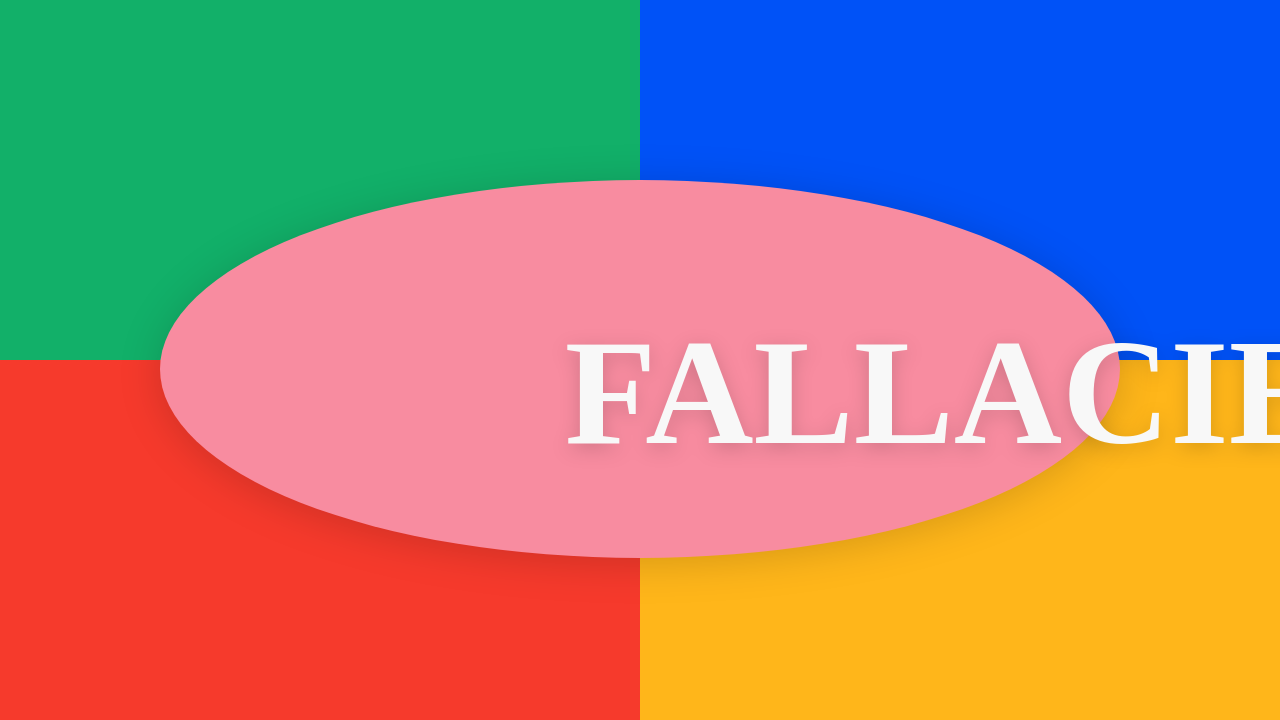
Repository: yafugray/fallacies
Page: project/Midterm project/index.html
An editor plug-in stored every save of this project. The page is shown before and after a run of saves, followed by the edit.
The browser window is 1280 px wide. The pictures show the whole page.

Above is the page before, as saved 2020-03-12 15:06:48.

After the next 3 saves:
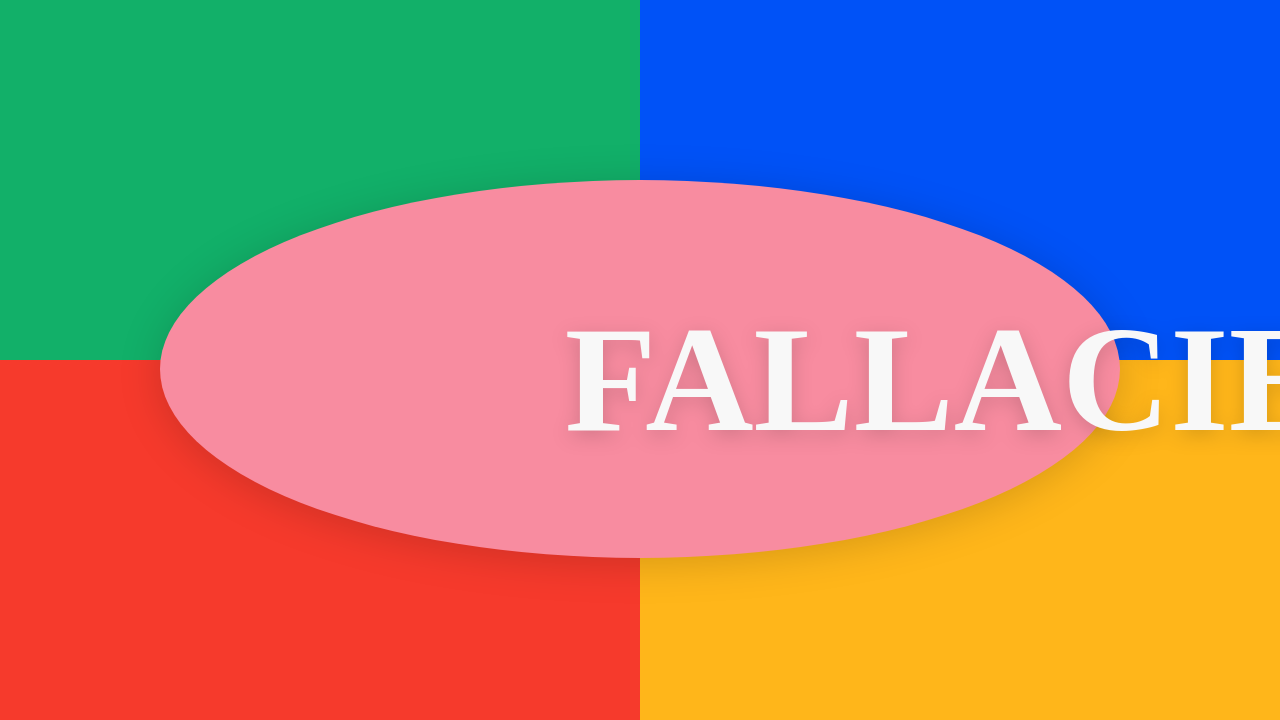
The 3 saves are shown as one change because they came seconds apart.
The last was saved 25 s later.
--- a/project/Midterm project/app.css
+++ b/project/Midterm project/app.css
@@ -92,7 +92,8 @@
     position: relative;
     align-items: center;
     justify-content: center;
-    top: 50%;
+    top: 45%;
+    bottom: 45%;
     right: 45%;
     left: 25%;
     width: 889px;
